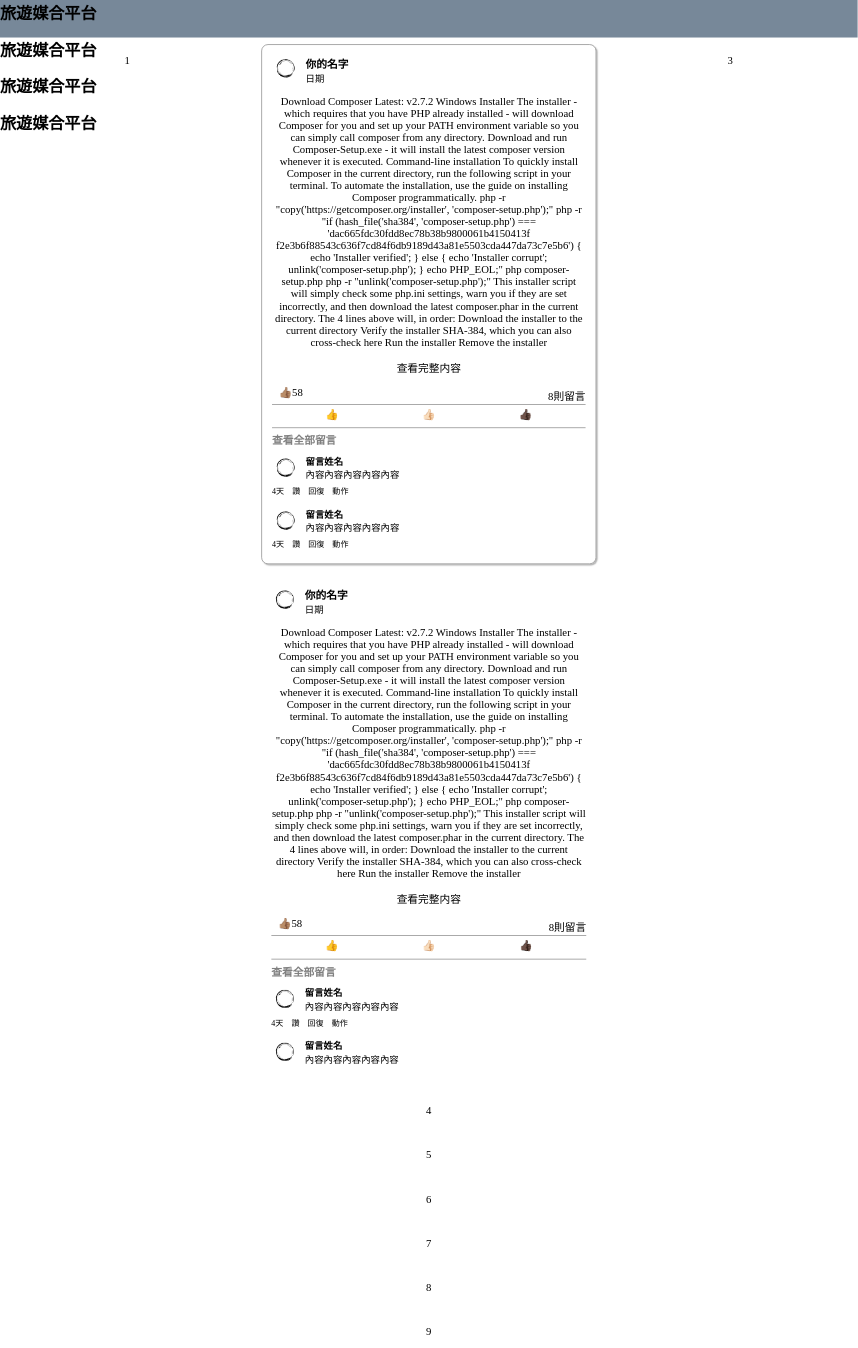
Repository: yuchiyang123/index_view
Page: http://localhost/
These files come from the project's save history. The page is drawn as it stood at one moment and after the next save; the edit follows.
The browser window is 1280 px wide. The pictures show the whole page, at 67% of full size.
The page is run by PHP 8.4 with error messages shown; the project is at /var/www/html/.

Above is the page before, as saved 2024-03-27 16:47:22.

### index.php
<style>

body {
    display: block;
    margin: 0; /* 设置 margin 为 0 */
}
.grid-container {

  display: grid;
  grid-template-columns: auto 500px auto;
  grid-template-rows:auto;
  grid-gap: 10px;
  grid-template-areas:
    "A B C";

}

.grid-item {
    padding: 15px;
    text-align: center;

}
.cut{
    border: 1px solid gray;
    border-radius: 10px;
    box-shadow: 2px 2px 2px rgba(0, 0, 0, 0.3);
}
.first{
    grid-area: A;
    min-height: 800px;
}
.end{
    grid-area: C;
}
.mid{
    grid-area: B;

    grid-gap: 10px;
}
.limt{
    min-height: 350px;
}
.inner-grid {
    display: inline-grid;
    width: 30%;
    transition: background-color 0.3s;
    padding-top: 5px;
    padding-bottom: 10px;
    text-align: center;
}
.inner-grid:hover {
    background-color: rgba(128, 128, 128, 0.4);
}
.line{
    border-top: 1px solid gray;
    border-bottom: 1px solid gray;
}
.respond{

    padding-bottom: 8px;
    text-align: left;
    padding-left:10px;
}
.respond > div {
    display: inline-block;
}
.message{
    text-align: right;
}
.respond, .message {
    display: inline-block;
}
.container {
    display: flex;
    justify-content: space-between;
    align-items: center;
}

.popup {
    display: none;
    position: fixed;
    top: 50%;
    left: 50%;
    transform: translate(-50%, -50%);
    width: 500px;
    padding: 20px;
    background-color: #fff;
    z-index: 9998;
    max-width: 500px;
    max-height: 800px;
    overflow-y: auto;

}

.trigger a {
    cursor: pointer;
}

.blur-background {
    filter: blur(0px);
}
.box{

}
.imgsize{
    width: 40px;
    height: auto;

}

.image-container {
    float: left;
    margin-right: 10px;
}

.text-container {
    overflow: hidden;
}
.user{

    text-align: left;
    font-weight: bold;

}
.date{
    font-size: 14px;
    text-align: left;
}
a{
    text-decoration: none;
    color: black;
}
.overlay {
    display: none;
    position: fixed;
    top: 0;
    left: 0;
    width: 100%;
    height: 100%;
    background-color: rgba(0, 0, 0, 0.5);
    z-index: 9997;
  }
  .SeeAllMessage{
    padding-top: 5px;
    text-align: left;
  }
  .SeeAllMessage a{
    text-align: left;
    color: gray;
    font-weight: bold;
  }
  .LeaveMessage{
    margin-top: 10px;
    padding-bottom : 5px;

  }

  .LeaveMessageall{
    border-radius: 5px;
    display: block;

  }
  .LeaveMessageUsernameIMG{
    width: 40px;
    height: auto;
    background-color:#ffffff;
    padding-bottom: 6px;

  }
  .LeaveMessageimgdiv{
    float: left;
    margin-right: 10px;
    display: block;
  }
  .LeaveMessageUsername{
    text-align: left;
    font-size: 14px;
    font-weight: bold;
  }
  .LeaveMessageMain{
    text-align: left;
    font-size: 14px;
    padding-bottom: 6px;

  }
  .LeaveMessageAction{
    font-size: 12px;
    text-align: left;
  }
</style>
<html>
<body>
<?php
    include('header.php');
?>
  <div id="box" class="box">
    <div class="grid-container">

      <div class="grid-item"><div class="first">1</div></div>
      <div class="grid-item"><div class="end">3</div></div>
        <div class="mid">
        <div class="cut">
          <div class="grid-item">
            <div class="limt">
            <div class="image-container">
                <img src="img/2-1.png" class="imgsize">
                        </div>
                <div class="text-container">
                    <div class="user"><a href="#"><div><a href="#">你的名字</a></div></a></div>
                    <div class="date"><div><a href="#">日期</a></div></div>
                </div>
                <div class="clearfix"></div>
                <p class="main">
                Download Composer Latest: v2.7.2
                    Windows Installer
                    The installer - which requires that you have PHP already installed - will download Composer for you and set up your PATH environment variable so you can simply call composer from any directory.

                    Download and run Composer-Setup.exe - it will install the latest composer version whenever it is executed.

                    Command-line installation
                    To quickly install Composer in the current directory, run the following script in your terminal. To automate the installation, use the guide on installing Composer programmatically.

                    php -r "copy('https://getcomposer.org/installer', 'composer-setup.php');"
                    php -r "if (hash_file('sha384', 'composer-setup.php') === 'dac665fdc30fdd8ec78b38b9800061b4150413f
                    f2e3b6f88543c636f7cd84f6db9189d43a81e5503cda447da73c7e5b6') { echo 'Installer verified'; } else { echo 'Installer corrupt'; unlink('composer-setup.php'); } echo PHP_EOL;"
                    php composer-setup.php
                    php -r "unlink('composer-setup.php');"
                    This installer script will simply check some php.ini settings, warn you if they are set incorrectly, and then download the latest composer.phar in the current directory. The 4 lines above will, in order:

                    Download the installer to the current directory
                    Verify the installer SHA-384, which you can also cross-check here
                    Run the installer
                    Remove the installer<div class="trigger"><a href="#">查看完整内容</a></div>
                </p>
                <div class="container">
                    <div class="respond"><a href="#">👍🏽</a><div><a href="#">58</a></div></div>
                    <div class="message"><div><a href="#">8則留言</a></div></div>
                </div>
                <div class="line">
                    <div class="inner-grid">👍</div>
                    <div class="inner-grid">👍🏻</div>
                    <div class="inner-grid">👍🏿</div>
                </div>
                <div class="SeeAllMessage"><a href="#">查看全部留言</a></div>
                <div class="LeaveMessage">
                    <div><a href="#"></a></div>
                    <div>
                        <div class="LeaveMessageimgdiv">
                            <img src="img/2-1.png" class="LeaveMessageUsernameIMG">
                        </div>
                        <div class="LeaveMessageall">
                            <div class="LeaveMessageUsername">
                                留言姓名
                            </div>
                            <div class="LeaveMessageMain">
                                內容內容內容內容內容
                            </div>
                            <div class="LeaveMessageAction">
                                <a href="#">4天</a>&emsp;<a href="#">讚</a>&emsp;<a href="#">回復</a>&emsp;<a href="#">動作</a>
                            </div>
                        </div>

                    </div>
                </div>
                <div class="LeaveMessage">
                    <div><a href="#"></a></div>
                    <div>
                        <div class="LeaveMessageimgdiv">
                            <img src="img/2-1.png" class="LeaveMessageUsernameIMG">
                        </div>
                        <div class="LeaveMessageall">
                            <div class="LeaveMessageUsername">
                                留言姓名
                            </div>
                            <div class="LeaveMessageMain">
                                內容內容內容內容內容
                            </div>
                            <div class="LeaveMessageAction">
                                <a href="#">4天</a>&emsp;<a href="#">讚</a>&emsp;<a href="#">回復</a>&emsp;<a href="#">動作</a>
                            </div>
                        </div>

                    </div>
                </div>
            </div>
            </div>
        </div><br>
        <div class="mid">
          <div class="grid-item">
            <div class="limt">
            <div class="image-container">
                <img src="img/2-1.png" class="imgsize">
                        </div>
                <div class="text-container">
                    <div class="user"><a href="#"><div><a href="#">你的名字</a></div></a></div>
                    <div class="date"><div><a href="#">日期</a></div></div>
                </div>
                <div class="clearfix"></div>
                <p class="main">
                Download Composer Latest: v2.7.2
                    Windows Installer
                    The installer - which requires that you have PHP already installed - will download Composer for you and set up your PATH environment variable so you can simply call composer from any directory.

                    Download and run Composer-Setup.exe - it will install the latest composer version whenever it is executed.

                    Command-line installation
                    To quickly install Composer in the current directory, run the following script in your terminal. To automate the installation, use the guide on installing Composer programmatically.

                    php -r "copy('https://getcomposer.org/installer', 'composer-setup.php');"
                    php -r "if (hash_file('sha384', 'composer-setup.php') === 'dac665fdc30fdd8ec78b38b9800061b4150413f
                    f2e3b6f88543c636f7cd84f6db9189d43a81e5503cda447da73c7e5b6') { echo 'Installer verified'; } else { echo 'Installer corrupt'; unlink('composer-setup.php'); } echo PHP_EOL;"
                    php composer-setup.php
                    php -r "unlink('composer-setup.php');"
                    This installer script will simply check some php.ini settings, warn you if they are set incorrectly, and then download the latest composer.phar in the current directory. The 4 lines above will, in order:

                    Download the installer to the current directory
                    Verify the installer SHA-384, which you can also cross-check here
                    Run the installer
                    Remove the installer<div class="trigger"><a href="#">查看完整内容</a></div>
                </p>
                <div class="container">
                    <div class="respond"><a href="#">👍🏽</a><div><a href="#">58</a></div></div>
                    <div class="message"><div><a href="#">8則留言</a></div></div>
                </div>
                <div class="line">
                    <div class="inner-grid">👍</div>
                    <div class="inner-grid">👍🏻</div>
                    <div class="inner-grid">👍🏿</div>
                </div>
                <div class="SeeAllMessage"><a href="#">查看全部留言</a></div>
                <div class="LeaveMessage">
                    <div><a href="#"></a></div>
                    <div>
                        <div class="LeaveMessageimgdiv">
                            <img src="img/2-1.png" class="LeaveMessageUsernameIMG">
                        </div>
                        <div class="LeaveMessageall">
                            <div class="LeaveMessageUsername">
                                留言姓名
                            </div>
                            <div class="LeaveMessageMain">
                                內容內容內容內容內容
                            </div>
                            <div class="LeaveMessageAction">
                                <a href="#">4天</a>&emsp;<a href="#">讚</a>&emsp;<a href="#">回復</a>&emsp;<a href="#">動作</a>
                            </div>
                        </div>

                    </div>
                </div>
                <div class="LeaveMessage">
                    <div><a href="#"></a></div>
                    <div><div class="LeaveMessageimgdiv"><img src="img/2-1.png" class="LeaveMessageUsernameIMG"></div><div class="LeaveMessageUsername">留言姓名</div><div class="LeaveMessageMain">內容內容內容內容內容</div></div>
                </div>
            </div>
        </div><br>
          <div class="grid-item">4</div><br>
          <div class="grid-item">5</div><br>
          <div class="grid-item">6</div><br>
          <div class="grid-item">7</div><br>
          <div class="grid-item">8</div><br>
          <div class="grid-item">9</div>
          <div class="overlay" id="overlay"></div>
          <div id="popup" class="popup">
          <div class="mid">
        <div class="cut">
          <div class="grid-item">
            <div class="limt">
            <div class="image-container">
                <img src="img/2-1.png" class="imgsize">
                        </div>
                <div class="text-container">
                    <div class="user"><a href="#"><div><a href="#">你的名字</a></div></a></div>
                    <div class="date"><div><a href="#">日期</a></div></div>
                </div>
                <div class="clearfix"></div>
                <p class="main">
                Download Composer Latest: v2.7.2
                    Windows Installer
                    The installer - which requires that you have PHP already installed - will download Composer for you and set up your PATH environment variable so you can simply call composer from any directory.

                    Download and run Composer-Setup.exe - it will install the latest composer version whenever it is executed.

                    Command-line installation
                    To quickly install Composer in the current directory, run the following script in your terminal. To automate the installation, use the guide on installing Composer programmatically.

                    php -r "copy('https://getcomposer.org/installer', 'composer-setup.php');"
                    php -r "if (hash_file('sha384', 'composer-setup.php') === 'dac665fdc30fdd8ec78b38b9800061b4150413f
                    f2e3b6f88543c636f7cd84f6db9189d43a81e5503cda447da73c7e5b6') { echo 'Installer verified'; } else { echo 'Installer corrupt'; unlink('composer-setup.php'); } echo PHP_EOL;"
                    php composer-setup.php
                    php -r "unlink('composer-setup.php');"
                    This installer script will simply check some php.ini settings, warn you if they are set incorrectly, and then download the latest composer.phar in the current directory. The 4 lines above will, in order:

                    Download the installer to the current directory
                    Verify the installer SHA-384, which you can also cross-check here
                    Run the installer
                    Remove the installer<div class="trigger"><a href="#">查看完整内容</a></div>
                </p>
                <div class="container">
                    <div class="respond"><a href="#">👍🏽</a><div><a href="#">58</a></div></div>
                    <div class="message"><div><a href="#">8則留言</a></div></div>
                </div>
                <div class="line">
                    <div class="inner-grid">👍</div>
                    <div class="inner-grid">👍🏻</div>
                    <div class="inner-grid">👍🏿</div>
                </div>
                <div class="SeeAllMessage"><a href="#">查看全部留言</a></div>
                <div class="LeaveMessage">
                    <div><a href="#"></a></div>
                    <div>
                        <div class="LeaveMessageimgdiv">
                            <img src="img/2-1.png" class="LeaveMessageUsernameIMG">
                        </div>
                        <div class="LeaveMessageall">
                            <div class="LeaveMessageUsername">
                                留言姓名
                            </div>
                            <div class="LeaveMessageMain">
                                內容內容內容內容內容
                            </div>
                            <div class="LeaveMessageAction">
                                <a href="#">4天</a>&emsp;<a href="#">讚</a>&emsp;<a href="#">回復</a>&emsp;<a href="#">動作</a>
                            </div>
                        </div>

                    </div>
                </div>
                <div class="LeaveMessage">
                    <div><a href="#"></a></div>
                    <div>
                        <div class="LeaveMessageimgdiv">
                            <img src="img/2-1.png" class="LeaveMessageUsernameIMG">
                        </div>
                        <div class="LeaveMessageall">
                            <div class="LeaveMessageUsername">
                                留言姓名
                            </div>
                            <div class="LeaveMessageMain">
                                內容內容內容內容內容
                            </div>
                            <div class="LeaveMessageAction">
                                <a href="#">4天</a>&emsp;<a href="#">讚</a>&emsp;<a href="#">回復</a>&emsp;<a href="#">動作</a>
                            </div>
                        </div>

                    </div>
                </div>
                <div class="LeaveMessage">
                    <div><a href="#"></a></div>
                    <div>
                        <div class="LeaveMessageimgdiv">
                            <img src="img/2-1.png" class="LeaveMessageUsernameIMG">
                        </div>
                        <div class="LeaveMessageall">
                            <div class="LeaveMessageUsername">
                                留言姓名
                            </div>
                            <div class="LeaveMessageMain">
                                內容內容內容內容內容
                            </div>
                            <div class="LeaveMessageAction">
                                <a href="#">4天</a>&emsp;<a href="#">讚</a>&emsp;<a href="#">回復</a>&emsp;<a href="#">動作</a>
                            </div>
                        </div>

                    </div>
                </div><div class="LeaveMessage">
                    <div><a href="#"></a></div>
                    <div>
                        <div class="LeaveMessageimgdiv">
                            <img src="img/2-1.png" class="LeaveMessageUsernameIMG">
                        </div>
                        <div class="LeaveMessageall">
                            <div class="LeaveMessageUsername">
                                留言姓名
                            </div>
                            <div class="LeaveMessageMain">
                                內容內容內容內容內容
                            </div>
                            <div class="LeaveMessageAction">
                                <a href="#">4天</a>&emsp;<a href="#">讚</a>&emsp;<a href="#">回復</a>&emsp;<a href="#">動作</a>
                            </div>
                        </div>

                    </div>
                </div>
                <div class="LeaveMessage">
                    <div><a href="#"></a></div>
                    <div>
                        <div class="LeaveMessageimgdiv">
                            <img src="img/2-1.png" class="LeaveMessageUsernameIMG">
                        </div>
                        <div class="LeaveMessageall">
                            <div class="LeaveMessageUsername">
                                留言姓名
                            </div>
                            <div class="LeaveMessageMain">
                                內容內容內容內容內容
                            </div>
                            <div class="LeaveMessageAction">
                                <a href="#">4天</a>&emsp;<a href="#">讚</a>&emsp;<a href="#">回復</a>&emsp;<a href="#">動作</a>
                            </div>
                        </div>

                    </div>
                </div>
            </div>
            </div>
        </div><br>
            <!--div class="close"><a href="#">关闭</a></div-->
        </div>
        </div>


        </div>
    </div>
  </div>
  <script>
    var overlay = document.getElementById('overlay');
    var trigger = document.querySelector('.trigger a');
    var popup = document.getElementById('popup');
    var header = document.querySelector('.header');
    trigger.addEventListener('click', function(event) {
        event.preventDefault();
        popup.style.display = 'block';
        header.style.backgroundColor = 'rgba(0, 0, 0, 0.000001)';
        overlay.style.display = 'block';
        popup.style.border = '1px solid gray';
        popup.style.boxShadow = '0px 0px 15px rgba(0, 0, 0, 0.7)';
        /*
        document.body.classList.add('blur-background');
        popup.style.filter = 'none';// 移除 body 元素的模糊效果*/
    });
    var closeBtn = document.querySelector('.close a');
    /*
    closeBtn.addEventListener('click', function(event) {
        event.preventDefault();
        popup.style.display = 'none';
        popup.style.boxShadow = 'none';
    });
    */
    overlay.addEventListener('click', function(event) {
        event.preventDefault();
        event.stopPropagation();
        popup.style.display = 'none';
        overlay.style.display = 'none' ;
        popup.style.boxShadow = 'none';
        header.style.backgroundColor = '#ffffff';
    });
  </script>
</body>
</html>

### header.php
<style>
   .header {
    position: sticky; /* 将标题栏固定在容器内 */
    top: 0; /* 将标题栏固定在容器的顶部 */
    z-index: 9999; /* 确保标题栏位于其他内容的上层 */
    /* 其他样式，例如背景颜色、文本样式等 */
    grid-area: header;
    background-color: lightslategray;
    width: 100%; /* 设置标题栏的宽度为100%，使其填满整个屏幕 */
    height: 56px;
    margin-bottom: 10px;
    box-sizing: border-box;
}
</style>
<header class="header">
    <div>
        <h2>旅遊媒合平台</h2>
    </div>
    <div>
        <ion-icon name="reorder-four-outline"></ion-icon>
    </div>
    <div>
        <h2>旅遊媒合平台</h2>
    </div>
    <div>
        <h2>旅遊媒合平台</h2>
    </div>
    <div>
        <h2>旅遊媒合平台</h2>
    </div>
</header>

After the next save:
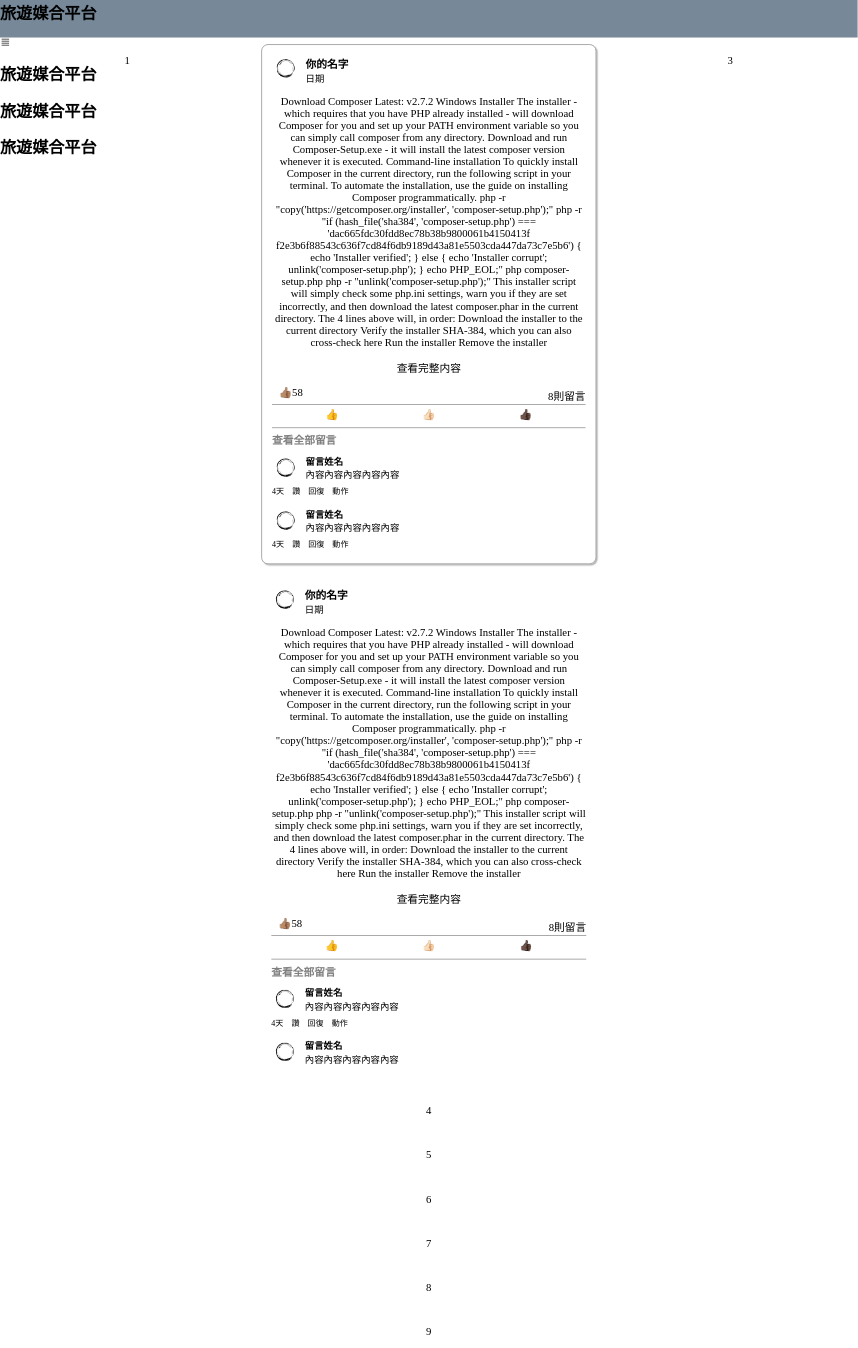
Saved 22 s later.
--- a/header.php
+++ b/header.php
@@ -1,4 +1,7 @@
+<script type="module" src="https://unpkg.com/ionicons@7.1.0/dist/ionicons/ionicons.esm.js"></script>
+<script nomodule src="https://unpkg.com/ionicons@7.1.0/dist/ionicons/ionicons.js"></script>
 <style>
+
    .header {
     position: sticky; /* 将标题栏固定在容器内 */
     top: 0; /* 将标题栏固定在容器的顶部 */
